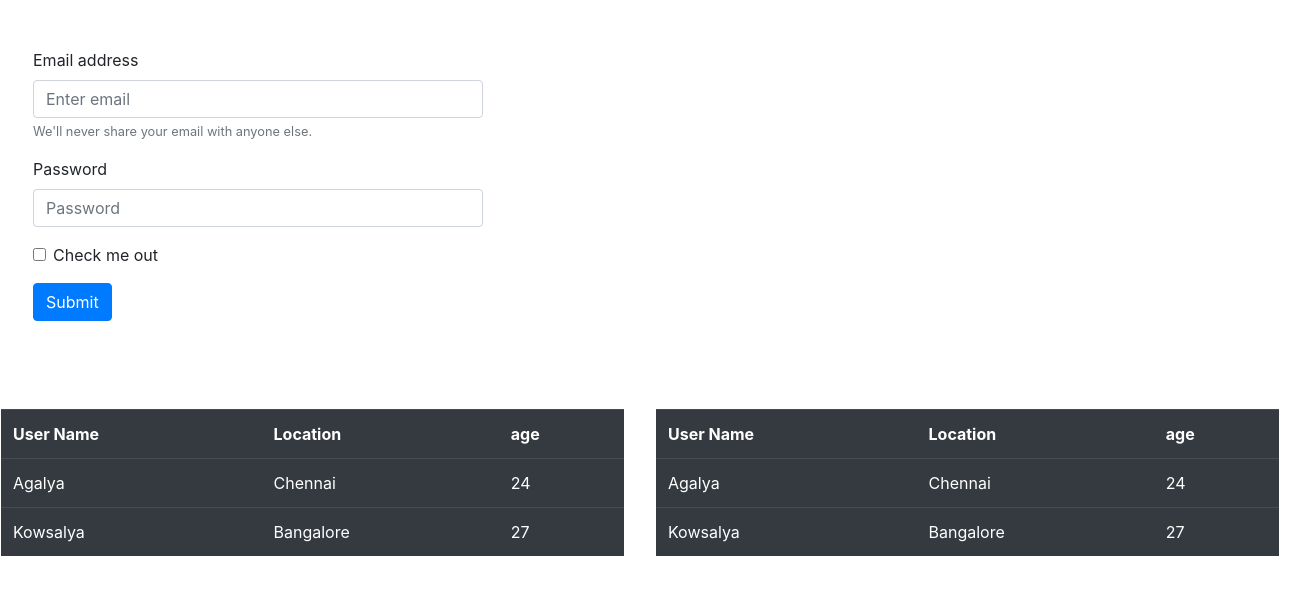
Repository: rajeshkannane/java1
Page: Form/public/index.html
These files come from the project's save history. The page is drawn as it stood at one moment and after the next save; the edit follows.
The browser window is 1280 px wide. The page is 1295 px wide, so the pictures cover 1295 px, including what lies to the right of the window. The pictures show the whole page.

Above is the page before, as saved 2022-11-14 16:59:27.

### Form/public/index.html
<!DOCTYPE html>
<html>
<head>
            <meta charset="UTF-8">
            <title>Form Demo</title>
            <link rel="stylesheet" href="https://stackpath.bootstrapcdn.com/bootstrap/4.3.1/css/bootstrap.min.css" integrity="sha384-ggOyR0iXCbMQv3Xipma34MD+dH/1fQ784/j6cY/iJTQUOhcWr7x9JvoRxT2MZw1T" crossorigin="anonymous">
        </head>


<body>
<div class="row">
<div class="col-sm-5 p-5" style="border:10% ">
<form>
  <div class="form-group">
    <label for="exampleInputEmail1">Email address</label>
    <input type="email" class="form-control" id="exampleInputEmail1" aria-describedby="emailHelp" placeholder="Enter email">
    <small id="emailHelp" class="form-text text-muted">We'll never share your email with anyone else.</small>
  </div>
  <div class="form-group">
    <label for="exampleInputPassword1">Password</label>
    <input type="password" class="form-control" id="exampleInputPassword1" placeholder="Password">
  </div>
  <div class="form-group form-check">
    <input type="checkbox" class="form-check-input" id="exampleCheck1">
    <label class="form-check-label" for="exampleCheck1">Check me out</label>
  </div>
  <button type="submit" class="btn btn-primary">Submit</button>
</form>
</div>
</div>

<br>
<div class="row">
<div class="col-md-6 p-3" >
<table class="table table-dark" style="text-align:1%">
  <tr>
    <th>User Name</th>
    <th>Location</th>
    <th>age</th>
  </tr>
  <tr>
    <td>Agalya</td>
    <td>Chennai</td>
    <td>24</td>
  </tr>
  <tr>
    <td>Kowsalya</td>
    <td>Bangalore</td>
    <td>27</td>
  </tr>
    </table>
    </div>
    <div class="col-sm-6 p-3" >
<table class="table table-dark" style="text-align:1%">
  <tr>
    <th>User Name</th>
    <th>Location</th>
    <th>age</th>
  </tr>
  <tr>
    <td>Agalya</td>
    <td>Chennai</td>
    <td>24</td>
  </tr>
  <tr>
    <td>Kowsalya</td>
    <td>Bangalore</td>
    <td>27</td>
  </tr>
    </table>
    </div>
    </div>
</body>
</html>

After the next save:
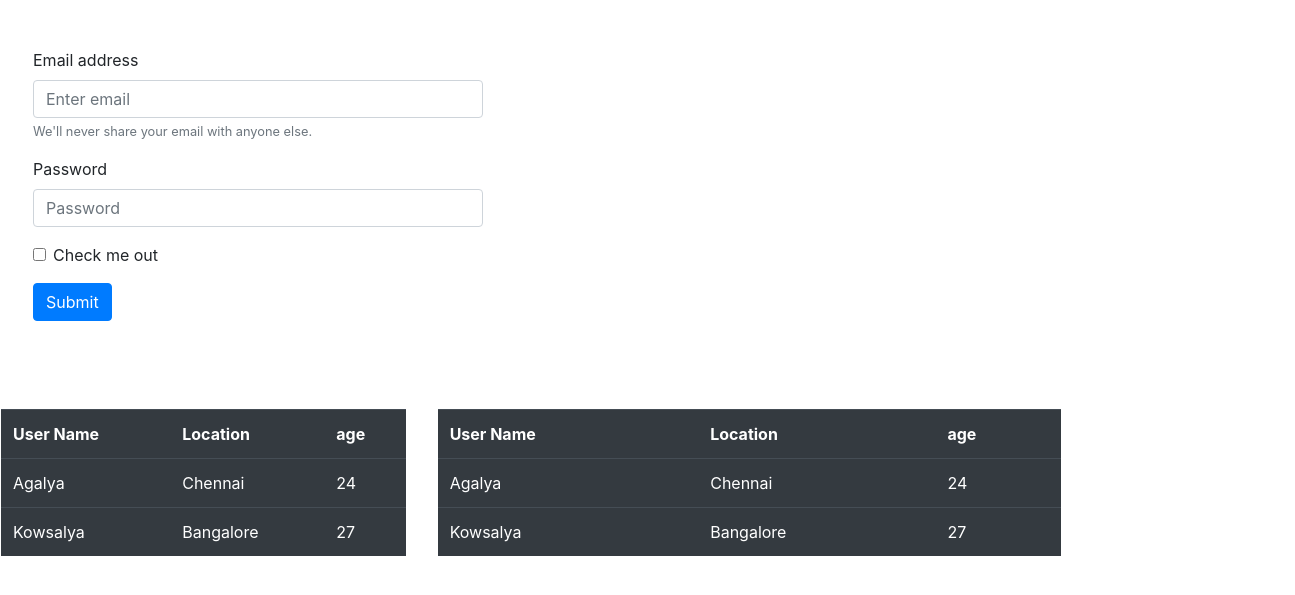
Saved 10 s later.
--- a/Form/public/index.html
+++ b/Form/public/index.html
@@ -31,7 +31,7 @@
 
 <br>
 <div class="row">
-<div class="col-md-6 p-3" >
+<div class="col-md-4 p-3" >
 <table class="table table-dark" style="text-align:1%">
   <tr>
     <th>User Name</th>
